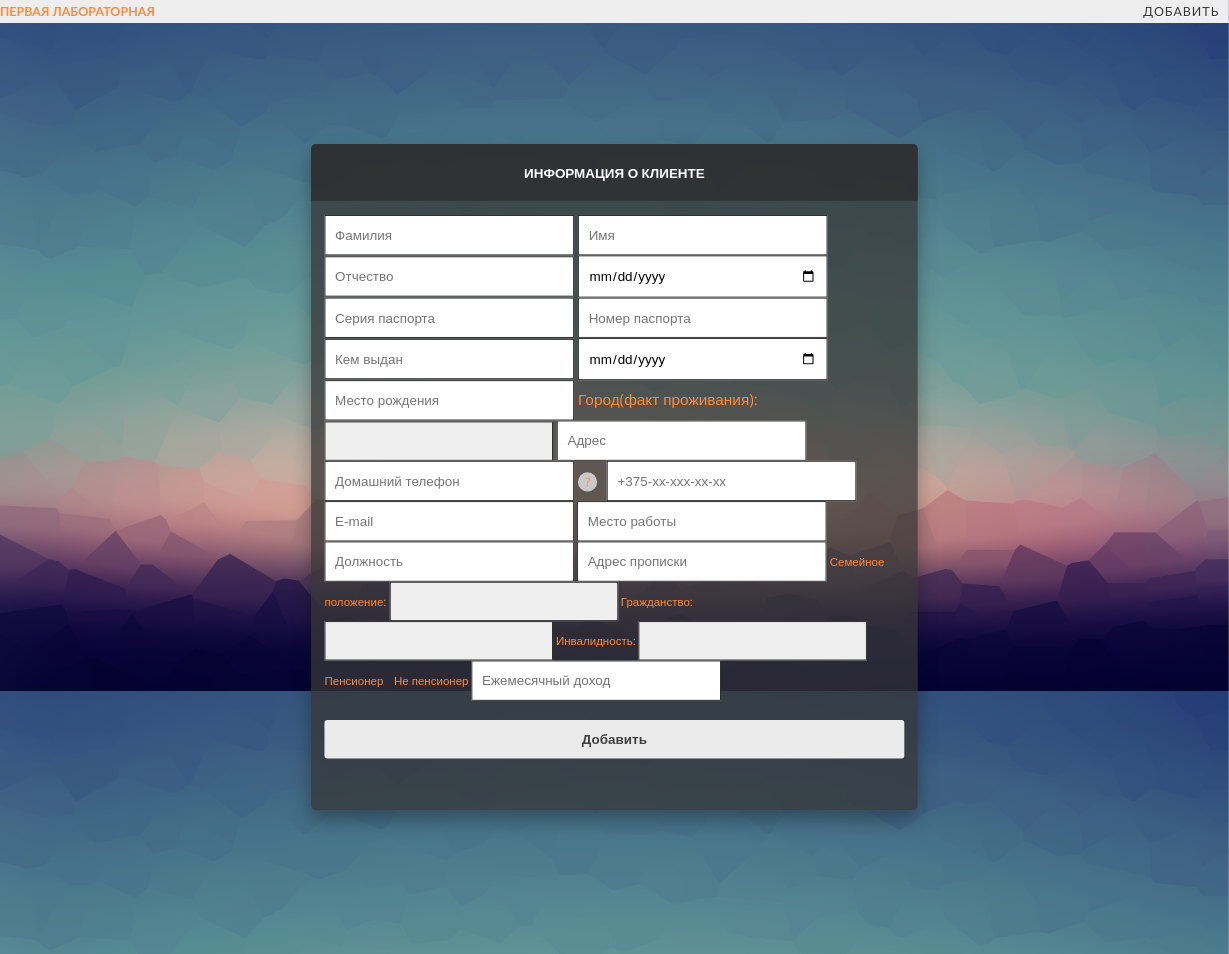
Repository: KosiloVeronika/workspace
Page: http://localhost/adbLab1/jsp/add_edit.jsp
These files come from the project's save history. The page is drawn as it stood at one moment and after the next save; the edit follows.
The browser window is 1280 px wide. The pictures show the whole page, at 96% of full size.
Backgrounds fixed to the window are drawn as part of the page. Some web libraries are served in a nearby version. The page is served by Tomcat 9. Other server files are loaded and not shown. The template is opened directly, without the code that normally fills it, so the values that code supplies are empty.

Above is the page before, as saved 2015-10-12 21:58:57.

### adbLab1/WebContent/jsp/add_edit.jsp
<%@ page language="java" contentType="text/html; charset=utf-8"
    pageEncoding="utf-8"%>
<%@ taglib prefix="c" uri="http://java.sun.com/jsp/jstl/core" %>
<!DOCTYPE html PUBLIC "-//W3C//DTD HTML 4.01 Transitional//EN" "http://www.w3.org/TR/html4/loose.dtd">
<html>
<head>
	<link href="<c:url value="/css/style.css" />" rel="stylesheet" media="screen" type="text/css" />
	<script type="text/javascript" src="http://ajax.googleapis.com/ajax/libs/jquery/1.4.2/jquery.min.js"></script>
	<script type="text/javascript" src="<c:url value="/js/validation.js"/>"></script>
	<link href='http://fonts.googleapis.com/css?family=Open+Sans:400,700' rel='stylesheet' type='text/css'>
	<meta http-equiv="Content-Type" content="text/html; charset=utf-8">
	<title>Добавить клиента</title>
</head>
<body>
	<c:import url="/jspf/header.jsp" />
    <div id="login-form">
      <h1>Информация о клиенте</h1>
        <fieldset>
            <form method="POST" action="${pageContext.servletContext.contextPath}/Controller">
	            <input type="hidden" name="command" value="add" />
	                <input type="text" required name="surname" placeholder="Фамилия"/>
	                <input type="text" required name="name" placeholder="Имя"/>
	                <input type="text" required name="second_name" placeholder="Отчество"/>
	                <input type="date" required name="date_of_birth" placeholder="Дата рождения"/>
	                <input type="text" required name="passport_series" placeholder="Серия паспорта">
	                <input type="number" required name="passport_number" placeholder="Номер паспорта">
	                <input type="text" required name="authority" placeholder="Кем выдан">
	                <input type="date" required name="date_of_issue" placeholder="Дата выдачи">
	                <input type="text" required name="birth_place" placeholder="Место рождения">
	                Город(факт проживания):
	                <select name="city">
	                	<c:forEach items = "${cityList }" var="city">
							<option value="${city.id }" label="${city.city }" />
						</c:forEach>
	                </select>
	                <input type="text" required name="address" placeholder="Адрес">
	                <input type="tel" name="home_telephone" pattern="2[0-9]{2}-[0-9]{2}-[0-9]{2}" placeholder="Домашний телефон">
	                <span class="right"><input type="tel" name="mobile_telephone" pattern="+375-[0-9]{2}-[0-9]{3}-[0-9]{2}-[0-9]{2}" placeholder="+375-xx-xxx-xx-xx">
	                <input type="email" name="mail" placeholder="E-mail">
	                <input type="text" required name="place_of_work" placeholder="Место работы">
	                <input type="text" required name="w_position" placeholder="Должность">
	                <input type="text" required name="registration_address" placeholder="Адрес прописки">
	                Семейное положение:
	                <select name="marital_status">
	                	<c:forEach items = "${martialList }" var="martial">
							<option value="${martial.id }" label="${martial.status }" />
						</c:forEach>
	                </select>
	                Гражданство:
	                <select name="citizenship">
	                	<c:forEach items = "${citizenshipList }" var="ctzn">
							<option value="${ctzn.id }" label="${ctzn.citizenship }" />
						</c:forEach>
	                </select>
	                Инвалидность:
	                <select name="disability">
	                	<c:forEach items = "${disabilityList }" var="dsblt">
							<option value="${dsblt.id }" label="${dsblt.disability }" />
						</c:forEach>
	                </select>
					<input type="radio" name="pensioner" value="YES" />Пенсионер
	            	<input type="radio" name="pensioner" value="NO" />Не пенсионер
	                <input type="text" required name="monthly_income" placeholder="Ежемесячный доход">
	                </span>
	                <input type="submit" value="Добавить">
	                <br/>
					${errorLoginPassMessage}
				<br/>
					${wrongAction}
				<br/>
            </form>
        </fieldset>
    </div>
	<c:import url="/jspf/footer.jsp" />
</body>
</html>

### adbLab1/WebContent/jspf/header.jsp
<%@ page language="java" contentType="text/html; charset=UTF-8"
    pageEncoding="UTF-8"%>
<!DOCTYPE html PUBLIC "-//W3C//DTD HTML 4.01 Transitional//EN" "http://www.w3.org/TR/html4/loose.dtd">
<html>
<head>
	<meta http-equiv="Content-Type" content="text/html; charset=UTF-8">
</head>
<body>
	<header>
	    <div class="vladmaxi-top">
	    <strong>Первая лабораторная</strong>
	        <span class="right">
	        	<a href="${pageContext.servletContext.contextPath}/Controller?command=add_page"> Добавить</a>
	        </span>
	    <div class="clr"></div>
	    </div>
	</header>
</body>
</html>

### adbLab1/WebContent/jspf/footer.jsp
<%@ page language="java" contentType="text/html; charset=ISO-8859-1"
    pageEncoding="ISO-8859-1"%>
<!DOCTYPE html PUBLIC "-//W3C//DTD HTML 4.01 Transitional//EN" "http://www.w3.org/TR/html4/loose.dtd">
<html>
<head>
<meta http-equiv="Content-Type" content="text/html; charset=ISO-8859-1">
<title>Insert title here</title>
</head>
<body>
	<footer>

	</footer>
</body>
</html>

### adbLab1/WebContent/css/style.css
@charset "utf-8";

html {
  background: url(../images/1.png) no-repeat center center fixed;
  -webkit-background-size: cover;
  -moz-background-size: cover;
  -o-background-size: cover;
  background-size: cover;
}

body {
	color: #ff8b3d;
  	font-family: 'Open Sans', sans-serif;
	font-size: 16px;

}

table {
	margin: 150px auto;
	background-color: RGBA(72,28,94,0.6);
	color: #ff8b3d;
  	font-family: 'Open Sans', sans-serif;
	font-size: 16px;
}

#login-form {
	background-color: rgba(54, 54, 54, 0.75);
	border-radius: 5px;
	-moz-border-radius: 5px;
	-webkit-border-radius: 5px;
	margin: 150px auto;
	width: 50%;
  font-family: 'Open Sans', sans-serif;
	font-size: 16px;
  -webkit-box-shadow:  0px 10px 20px 0px rgba(0, 0, 0, 0.3);
   box-shadow:  0px 10px 20px 0px rgba(0, 0, 0, 0.3);

}

#login-form h1 {
	background-color: rgba(41, 40, 41, 0.65);;
	border-radius: 5px 5px 0px 0px;
	-moz-border-radius: 5px 5px 0px 0px;
	-webkit-border-radius: 5px 5px 0px 0px;
	color: #fff;
	padding: 20px;
	text-align: center;
	text-transform: uppercase;
  font-family: 'Open Sans', sans-serif;
	font-size: 14px;
}

input:required:invalid {
	border:1px solid red;
}

#login-form fieldset {
	border: none;
}


#login-form fieldset form {

}

#login-form fieldset form input {
	font-family: Arial, Helvetica, sans-serif;
	font-size: 14px;
	outline: none;
	margin-left:10% auto;
	margin-right:10% auto%;
  -webkit-appearance:none;
}

#login-form fieldset form input[type="email"] {
	border: 1px solid #292829;
	padding: 12px 10px;
	width: 238px;
}

#login-form fieldset form input[type="text"] {
	border: 1px solid #292829;
	padding: 12px 10px;
	width: 238px;
  -webkit-appearance:none;
}

#login-form fieldset form input[type="password"] {
	border: 1px solid #292829;
	border-top: none;
	padding: 12px 10px;
	width: 238px;
  -webkit-appearance:none;
}
#login-form fieldset form input[type="date"] {
	border: 1px solid #292829;
	padding: 12px 10px;
	width: 238px;
  -webkit-appearance:none;
}
#login-form fieldset form input[type="tel"] {
	border: 1px solid #292829;
	padding: 12px 10px;
	width: 238px;
  -webkit-appearance:none;
}
#login-form fieldset form input[type="number"] {
	border: 1px solid #292829;
	padding: 12px 10px;
	width: 238px;
  -webkit-appearance:none;
}
input[type="radio"] {
}
#login-form fieldset form input[type="submit"] {
	background-color: #ebebeb;
	border: none;
	border-radius: 3px;
	-moz-border-radius: 3px;
	-webkit-border-radius: 3px;
	color: #404040;
	cursor: pointer;
	float: none;
	font-weight: bold;
	margin-top: 20px;
	padding: 12px 12px;
  -webkit-appearance: none;
}
input[type="submit"] {
	background-color: #ebebeb;
	border: none;
	border-radius: 3px;
	-moz-border-radius: 3px;
	-webkit-border-radius: 3px;
	color: #404040;
	cursor: pointer;
	float: none;
	font-weight: bold;
	width: 100%;
  -webkit-appearance: none;
}

#login-form fieldset form select {
	border: 1px solid #292829;
	padding: 12px 10px;
	width: 238px;
  -webkit-appearance:none;
}

#login-form fieldset form select option{
	border: 1px solid #292829;
	padding: 12px 10px;
	width: 238px;
  -webkit-appearance:none;
}

input[type="submit"]:hover {
	background-color: #e0e0e0;
}

#login-form fieldset form input[type="reset"] {
	background-color: #ebebeb;
	border: none;
	border-radius: 3px;
	-moz-border-radius: 3px;
	-webkit-border-radius: 3px;
	color: #404040;
	cursor: pointer;
	float: none;
	font-weight: bold;
	margin-top: 20px;
	padding: 12px 12px;
  -webkit-appearance: none;
}
#login-form fieldset form input[type="submit"]:hover {
	background-color: #e0e0e0;
}

#login-form fieldset form span:before {
	background-color: #c9c9c9;
	border-radius: 50%;
	-moz-border-radius: 50%;
	-webkit-border-radius: 50%;
	content: "?";
	display: inline-block;
	height: 20px;
	line-height: 20px;
	margin-right: 10px;
	text-align: center;
	width: 20px;
}

#login-form fieldset form span {
	font-size: 12px;
	margin-top: 40px;
}

#login-form fieldset form span a{
	color: #eb6d1a;
	text-decoration: none;
}

#login-form fieldset form span a:hover {
	color: #eb6d1a;
}

/* ����� ���� vladmaxi, ����� ������� */
.vladmaxi-top{
	line-height: 24px;
	font-size: 11px;
	background: #eee;
	text-transform: uppercase;
	z-index: 9999;
	position: fixed;
	top:0;
	left:0;
	width:100%;
	font-family: calibri;
	font-size: 13px;
	box-shadow: 1px 0px 2px rgba(0,0,0,0.2);
	-webkit-animation: slideOut 0.5s ease-in-out 0.3s backwards;
}
@-webkit-keyframes slideOut{
	0%{top:-30px; opacity: 0;}
	100%{top:0px; opacity: 1;}
}

.vladmaxi-top a{
	padding: 0px 10px;
	letter-spacing: 1px;
	color: #333;
	text-shadow: 0px 1px 1px #fff;
	display: block;
	float: left;
	text-decoration:none;
}
.vladmaxi-top a:hover{
	background: #fff;
}
.vladmaxi-top span.right{
	float: right;
}
.vladmaxi-top span.right a{
	float: left;
	display: block;
}

### adbLab1/WebContent/js/validation.js
window.onload = function(e) {
	var loginField = $('[name=login]').first();
	var passwordField = $('[name=password]').first();
	console.log('keyup3');
	loginField.keyup(function(e) {
		var loginField = $('[name=login]').first();
		var loginValue = loginField.val();
		var pattern = /^[a-zA-Z][a-zA-Z0-9-_\\.]{1,20}$/;
		if(loginValue && pattern.test(loginValue)) {
			loginField.attr('style', 'background:green');
		} else {
			loginField.attr('style', 'background:red');
		}
	});
	passwordField.keyup(function(e) {
		var passwordField = $('[name=password]').first();
		var passwordValue = passwordField.val();
		var pattern = /^((?=.*\d))(?=.*[A-Z])(?=.*[a-z])\w{8,30}$/;
		if(passwordValue && pattern.test(passwordValue)) {
			passwordField.attr('style', 'background:green');
		} else {
			passwordField.attr('style', 'background:red');
		}
	});
	console.log(loginField.change);
}

After the next save:
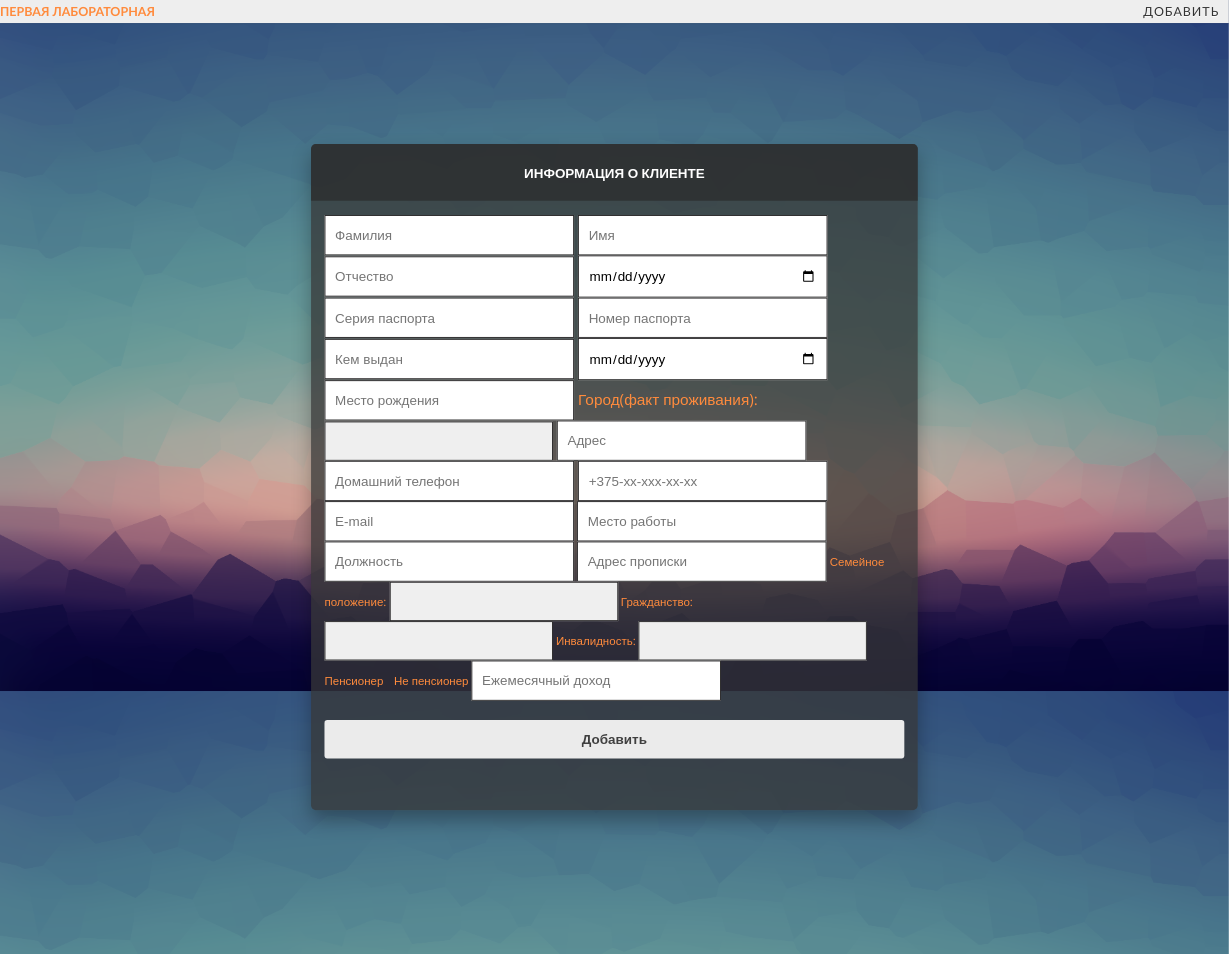
Saved 86 s later.
--- a/adbLab1/WebContent/css/style.css
+++ b/adbLab1/WebContent/css/style.css
@@ -177,17 +177,7 @@ input[type="submit"]:hover {
 }
 
 #login-form fieldset form span:before {
-	background-color: #c9c9c9;
-	border-radius: 50%;
-	-moz-border-radius: 50%;
-	-webkit-border-radius: 50%;
-	content: "?";
-	display: inline-block;
-	height: 20px;
-	line-height: 20px;
-	margin-right: 10px;
-	text-align: center;
-	width: 20px;
+
 }
 
 #login-form fieldset form span {
